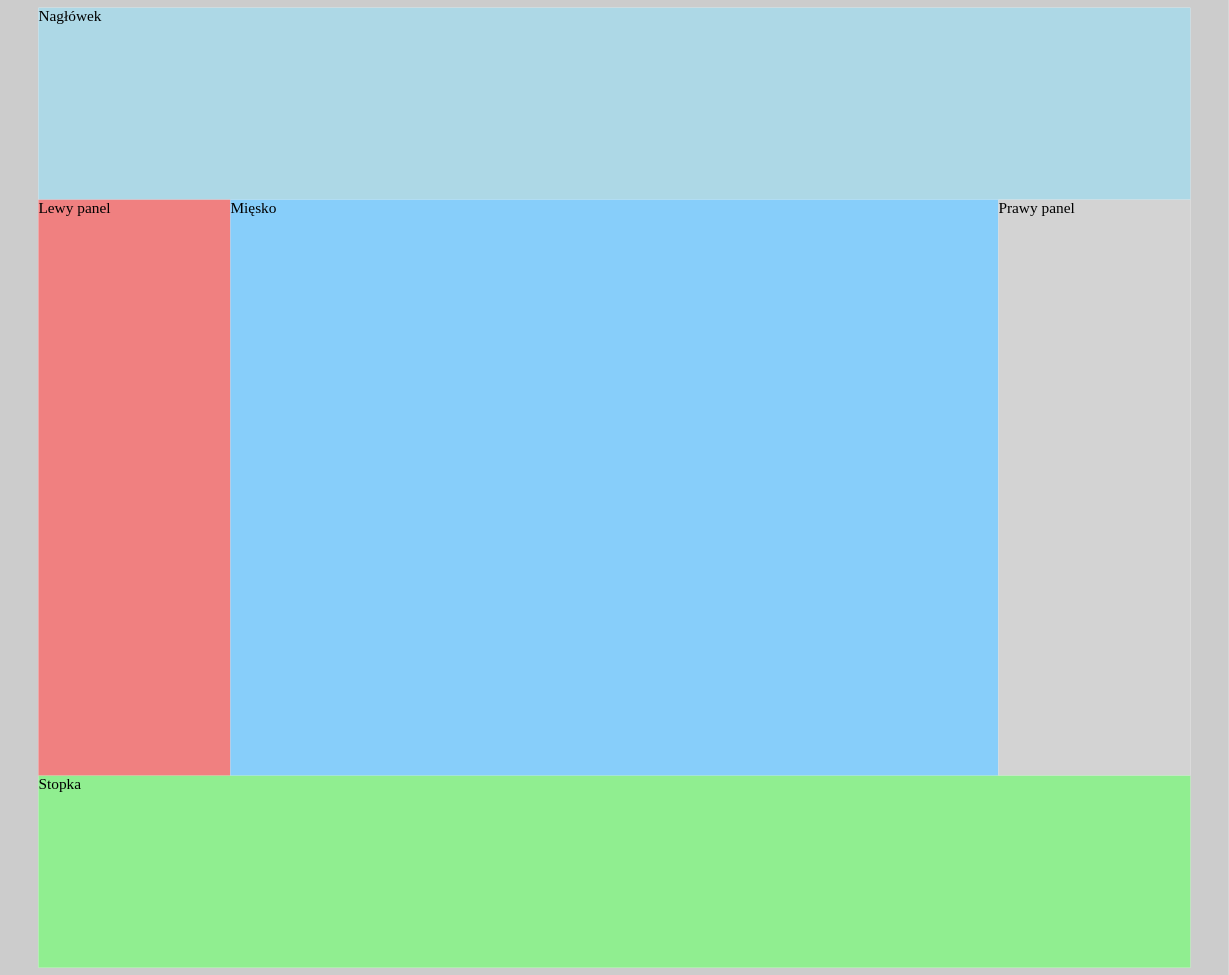
Repository: Gumiin/studia
Page: wykłady/14.04/example 2/index.html
The author's editor kept a copy of each file at every save. The page is drawn from the files as they stood at one save, then again after the next save.
The browser window is 1280 px wide. The pictures show the whole page, at 96% of full size.
Pictures or frames that could not be fetched are drawn as grey boxes.

Above is the page before, as saved 2021-04-14 14:16:53.

### wykłady/14.04/example 2/index.html
<!DOCTYPE html>
<html lang="en">
<head>
    <meta charset="UTF-8">
    <meta http-equiv="X-UA-Compatible" content="IE=edge">
    <meta name="viewport" content="width=device-width, initial-scale=1.0">
    <link rel="stylesheet" href="style.css">
    <title>Document</title>
</head>
<body>
    <main>
        <header>Nagłówek</header>
        <aside>Lewy panel</aside>
        <article>Mięsko</article>
        <section>Prawy panel</section>
        <footer>Stopka</footer>
    </main>
</body>
</html>

### wykłady/14.04/example 2/style.css
body{
    background-color: #ccc;
}
main{
    margin: 0 auto;
    background:#fff;
    /*height: 800px;*/
    width: 1200px;
    display: grid;
    grid-template-columns: 200px 800px 200px;
    grid-template-rows: 200px 600px 200px;
    /*grid-auto-rows: 400px;*/
    grid-template-areas:
        "header header header"
        "lside main rside"
        "footer footer footer";
}
main > *{
    background-color: antiquewhite;
}
header{
    background-color: lightblue;
    /* grid-column-start: start;
    grid-column-end: end; */
    /* grid-row: 1/3; */
    /* grid-column: 1/4; */
    grid-area: header;
}
aside{
    background-color: lightcoral;
    grid-area: lside;
}
article{
    background-color: lightskyblue;
    grid-area: main;
}
section{
    background-color: lightgray;
    grid-area: rside;
}
footer{
    background-color: lightgreen;
    grid-area: footer;

}

After the next save:
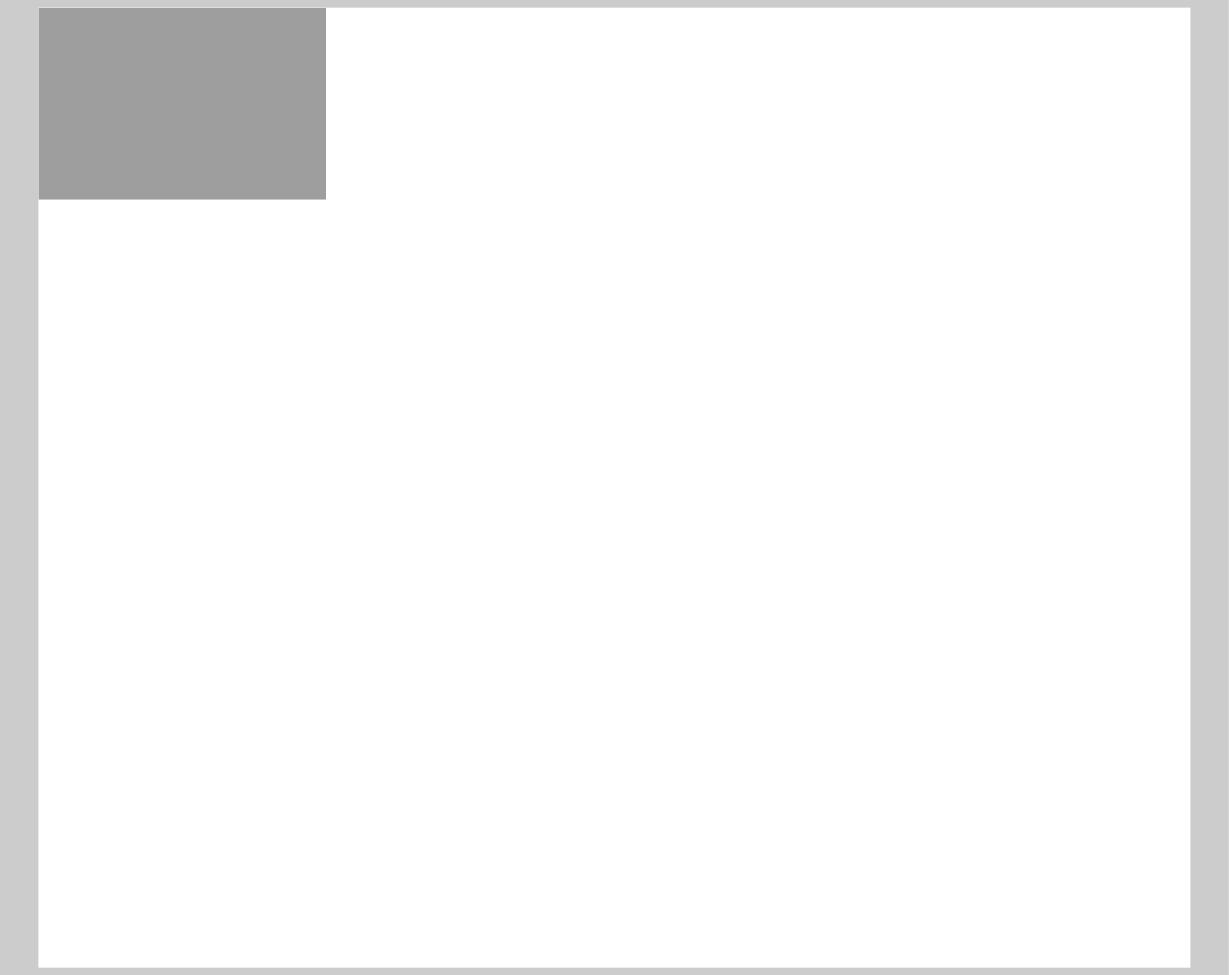
Saved 68 s later.
--- a/wykłady/14.04/example 2/index.html
+++ b/wykłady/14.04/example 2/index.html
@@ -9,11 +9,7 @@
 </head>
 <body>
     <main>
-        <header>Nagłówek</header>
-        <aside>Lewy panel</aside>
-        <article>Mięsko</article>
-        <section>Prawy panel</section>
-        <footer>Stopka</footer>
+        <img src="picsum.photos/300/200">
     </main>
 </body>
 </html>
